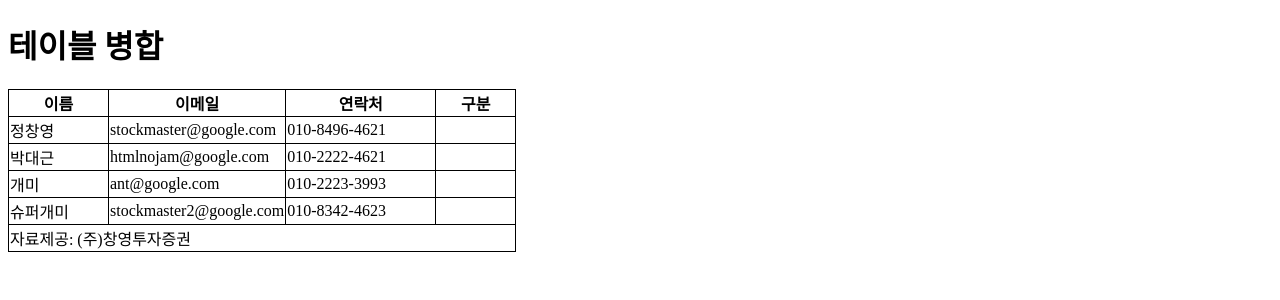
Repository: keeka2/webPractice
Page: MyStudy/HTML_Study/work/0821/WebContent/ex5_table.html
These files come from the project's save history. The page is drawn as it stood at one moment and after the next save; the edit follows.
The browser window is 1280 px wide. The pictures show the whole page.

Above is the page before, as saved 2020-08-21 06:07:04.

After the next save:
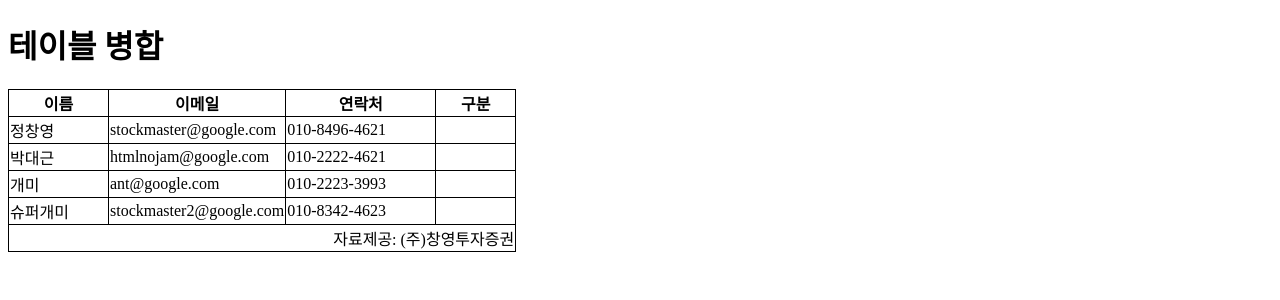
Saved 2 min 22 s later.
--- a/MyStudy/HTML_Study/work/0821/WebContent/ex5_table.html
+++ b/MyStudy/HTML_Study/work/0821/WebContent/ex5_table.html
@@ -13,6 +13,9 @@
 }
 th,td{/*th또는 td를 만나면 수행*/
 	border: 1px solid black;
+}
+.txt_r{
+	text-align: right;
 }
 </style>
 <body>
@@ -30,7 +33,7 @@
 				</colgroup>
 				<tfoot>
 					<tr><!-- 4개의 열을 하나로 병합 -->
-					<td colspan="4">자료제공: (주)창영투자증권</td>
+					<td colspan="4" class="txt_r">자료제공: (주)창영투자증권</td>
 					</tr>
 				</tfoot>
 				<tbody>
